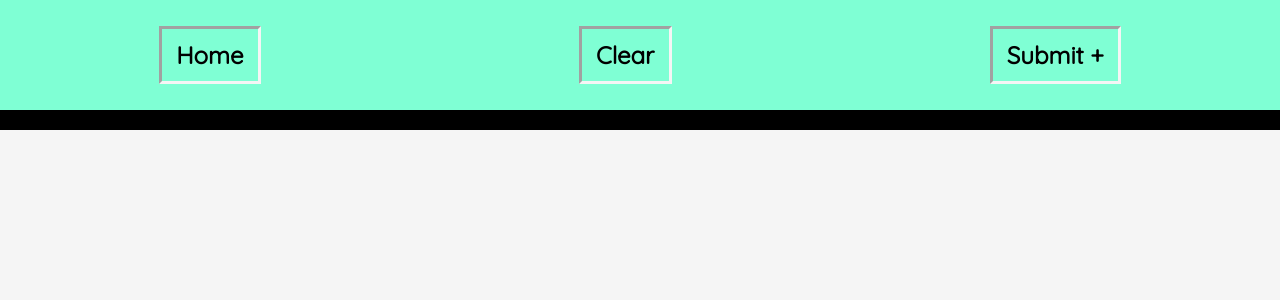
Repository: rickypcyt/WebMural
Page: /
An editor plug-in stored every save of this project. The page is shown before and after the next save, followed by the edit.
The browser window is 1280 px wide. The pictures show the whole page.
The project was rebuilt for these pictures with package versions that can differ from the ones it lists, and the page was loaded fresh each time.

Above is the page before, as saved 2022-09-12 13:38:09.

After the next save:
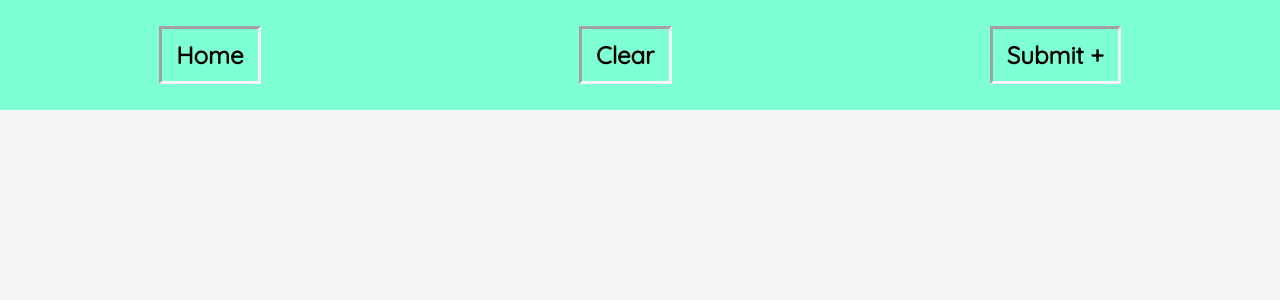
Saved 4 s later.
--- a/src/index.css
+++ b/src/index.css
@@ -18,7 +18,7 @@ input[type="file"] {
   justify-content: space-evenly;
   gap: 15px;
   padding: 10px;
-  background-color: black;
+  background-color: whitesmoke;
 }
 html {
   background: whitesmoke;
